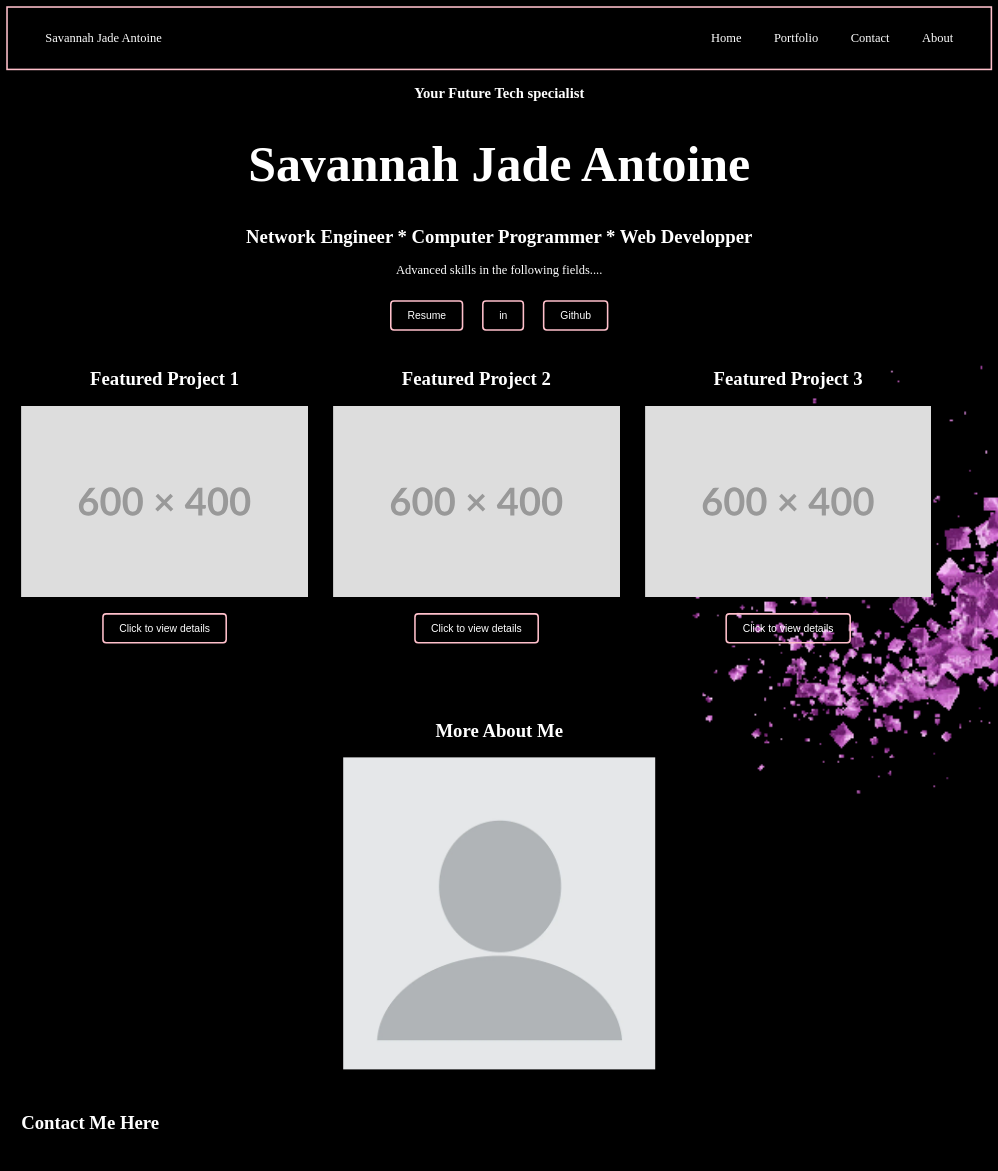
Repository: Savannah-Antoine/Savannah-Antoine
Page: index.html
These files come from the project's save history. The page is drawn as it stood at one moment and after the next save; the edit follows.
The browser window is 1280 px wide. The pictures show the whole page, at 78% of full size.

Above is the page before, as saved 2026-05-15 13:11:31.

After the next save:
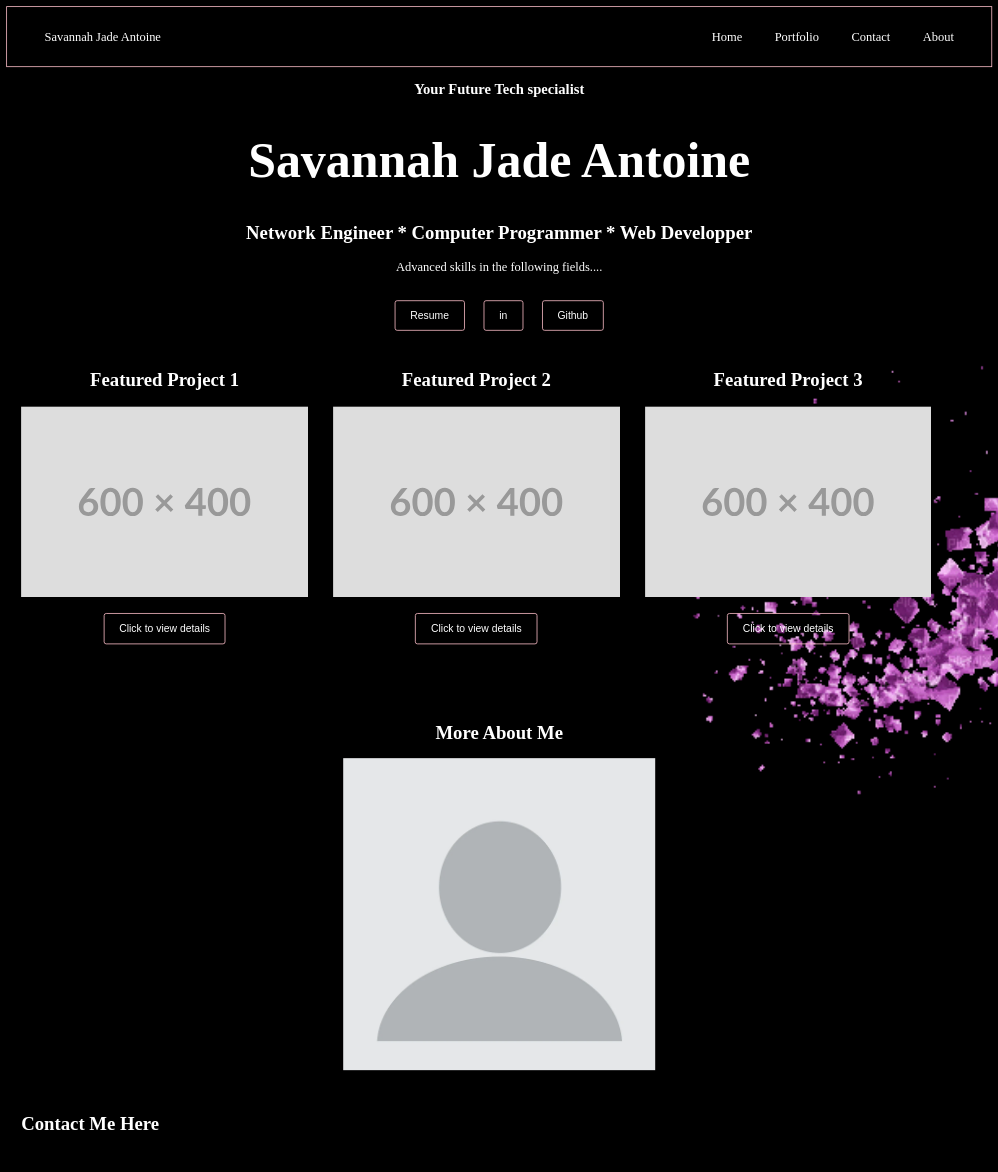
Saved 2 min 54 s later.
--- a/styles/globals.css
+++ b/styles/globals.css
@@ -4,7 +4,7 @@ body {
   background-repeat: no-repeat;
   background-size: cover;
   color: white;
-  font-size: 16px;
+  font-size: 1rem;
   text-align: center;
 }
 
@@ -27,7 +27,7 @@ nav {
     align-items: center;
     padding: 1rem 2rem;
 
-    border: 2px solid pink;
+    border: 0.1rem solid pink;
     cursor: pointer;
 
 
@@ -43,42 +43,42 @@ nav ul {
     padding: 0;
 }
 button {
-    padding: 10px 20px;
+    padding: 0.7rem 1.2rem;
     background-color: transparent;
     color: white;
-    border: 2px solid pink;
+    border: 0.1rem solid pink;
     cursor: pointer;
-    transition: all 0.3s ease; /* This makes the transition smooth */
-    border-radius: 5px;
+    transition: all 0.3s ease;
+    border-radius: 0.2rem;
     gap: 1rem;
 }
 button:hover {
     background-color: pink;
     color: rgb(31, 1, 31);
     transform: translateY(-3px);
-    box-shadow: 0 5px 15px rgba(255, 255, 255, 0.3);
+    box-shadow: 0 0.3rem 1rem rgba(255, 255, 255, 0.3);
 }
 
 .infoButtons {
     display: flex;
     justify-content: center;
     gap: 1.5rem;
-    margin-top: 20px;
+    margin-top: 1.4rem;
     min-width: 100px;
-    padding: 10px 15px;
+    padding: 0.7rem 0.9rem;
 }
 
 li a {
   display: block;
   color: white;
-  padding: 14px 16px;
+  padding: 0.8rem 1rem;
   text-decoration: none;
 }
 
 ul li a:hover {
  background-color: pink;
   color: rgb(31, 1, 31);
-  box-shadow: 0 5px 15px rgba(255, 255, 255, 0.3)
+  box-shadow: 0 0.5rem 0.9rem rgba(255, 255, 255, 0.3)
 }
 
 h1{
